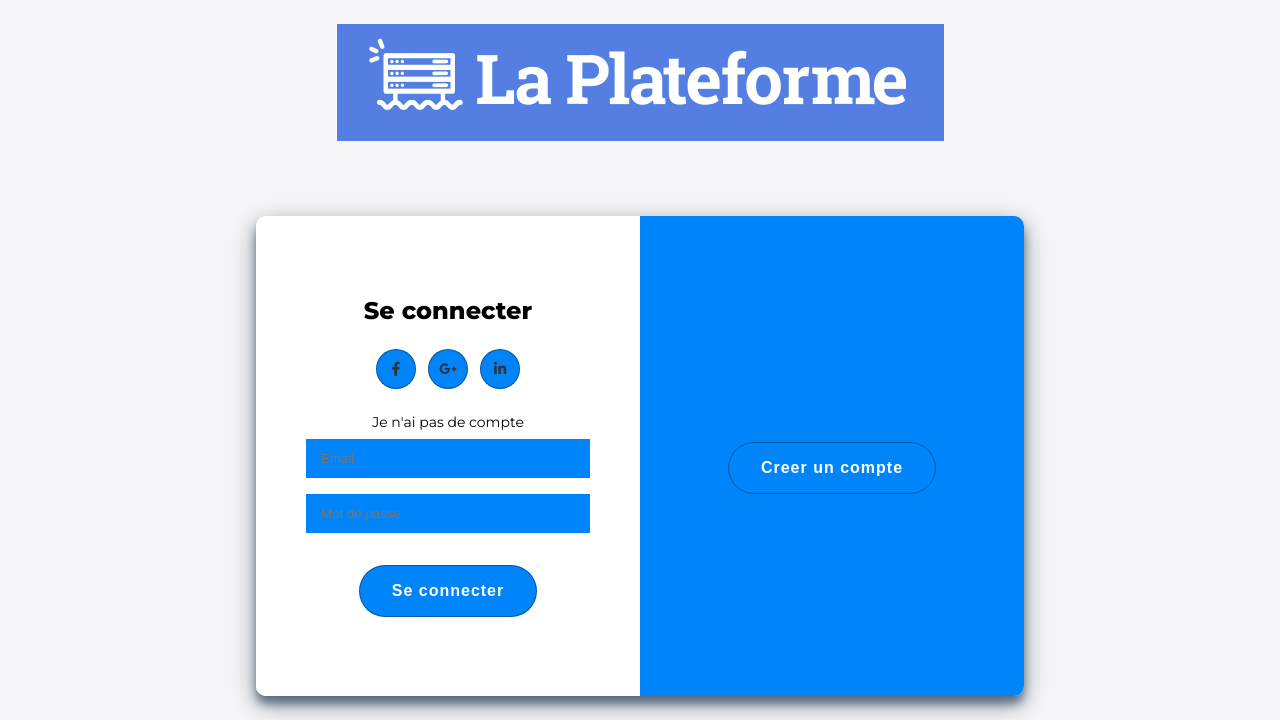
Repository: karim-sebih/runtrackJs
Page: bigjob/index.html
These files come from the project's save history. The page is drawn as it stood at one moment and after a run of saves; the edit follows.
The browser window is 1280 px wide. The pictures show the whole page.
Some web libraries are served in a nearby version.

Above is the page before, as saved 2025-03-20 11:56:11.
Console error: TypeError: Cannot read properties of null (reading 'addEventListener')

### bigjob/index.html
<!DOCTYPE html>
<html lang="fr">

<head>
	<meta charset="utf-8" />
	<title>formulaire</title>
	<link rel="stylesheet" href="./Css/index.css" />
	<link rel="stylesheet" href="https://cdnjs.cloudflare.com/ajax/libs/font-awesome/5.14.0/css/all.min.css" />
</head>

<body>
    <div class="logo" >

        <img src="/asset/logo-laplateforme-2024.png" alt="logo laplateforme">
    </div>
	<div class="container" id="container">
		<div class="form-container sign-up-container">
			<form action="#">
				<h1>Creer un compte</h1>
				<div class="social-container">
					<a href="#"><i class="fab fa-facebook-f"></i></a>
					<a href="#"><i class="fab fa-google-plus-g"></i></a>
					<a href="#"><i class="fab fa-linkedin-in"></i></a>
				</div>
				<span>Utiliser compte gmail</span>
				<input type="text" placeholder="Nom">
				<input type="email" placeholder="Email">
				<input type="password" placeholder="Mot de passe">
				<button>Creer le compte</button>
			</form>
		</div>
		<div class="form-container login-container">
			<form action="#">
				<h1>Se connecter</h1>
				<div class="social-container">
					<a href="#"><i class="fab fa-facebook-f"></i></a>
					<a href="#"><i class="fab fa-google-plus-g"></i></a>
					<a href="#"><i class="fab fa-linkedin-in"></i></a>
				</div>
				<span>Je n'ai pas de compte</span>
				<input type="email" placeholder="Email">
				<input type="password" placeholder="Mot de passe">
				<button>Se connecter</button>
			</form>
		</div>

		<div class="overlay-container">
			<div class="overlay">
				<div class="overlay-panel overlay-left">

					<button class="ghost" id="login">Se connecter</button>
				</div>
				<div class="overlay-panel overlay-right">
					<button class="ghost" id="signUp">Creer un compte</button>
				</div>
			</div>
		</div>
	</div>

	<script src="/js/script.js" charset="utf-8"></script>
</body>

</html>

### bigjob/css/index.css
@import url('https://fonts.googleapis.com/css?family=Montserrat:400,800');

* {
	box-sizing: border-box;
	margin: 0;
	padding: 0;
}

body {
	background: #f6f5f7;
	display: flex;
	justify-content: center;
	align-items: center;
	flex-direction: column;
	font-family: 'Montserrat', sans-serif;
	height: 100vh;
}

.logo {
    display: flex;
    align-content: center;
    justify-content: center;
    margin-bottom:75px ;
}


.container{
	position: relative;
	overflow: hidden;
	min-height: 480px;
	width: 768px;
	max-width: 100%;
	background-color: #fff;
	border-radius: 10px;
	box-shadow: 0 8px 24px  rgba(0, 32, 63, .45),
		  0 8px 8px rgba(0, 32, 63, .45);
}

.form-container {
	position: absolute;
	top: 0;
	height: 100%;
	transition: .6s ease-in-out;
}

.sign-up-container {
	left: 0;
	width: 50%;
	opacity: 0;
	z-index: 1;
}

.container.panel-active .sign-up-container {
	transform: translateX(100%);
	opacity: 1;
	z-index: 5;
	animation: show .6s
}

@keyframes show {
	0%, 49.99% {
		opacity: 0;
		z-index: 1;
	}

	50%, 100% {
		opacity: 1;
		z-index: 5;
	}
}

.container.panel-active .login-container {
	transform: translateX(100%);
}

.login-container {
	left: 0;
	width: 50%;
	z-index: 2;
}

form {
	background-color: #fff;
	display: flex;
	align-items: center;
	justify-content: center;
	flex-direction: column;
	padding: 0 50px;
	height: 100%;
	text-align: center;
}

input {
	background-color: #0084FA;
    color: #fff;
	border: none;
	padding: 12px 15px;
	margin: 8px 0;
	width: 100%;
}

button.ghost {
	background-color: transparent;
}

button {
	background-color: #0084FA;
	color: #fff;
	border: 1px solid #0084FA;
	font-size: 16px;
	font-weight: bold;
	padding: 16px 32px;
	margin-top: 24px;
	letter-spacing: 1px;
	border-radius: 50px;
	border-color: rgba(0, 32, 63, .45);
	transition: .2s ease-in;
}

button:hover {
	cursor: pointer;
	background-color: #fff;
	color: #0084FA;
}

button:active {
	transform: scale(.95);
}

.social-container {
	margin: 24px 0;
}

.social-container a {
	display: inline-flex;
	justify-content: center;
	align-items: center;
	margin: 0 4px;
	height: 40px;
	width: 40px;
	border-radius: 50%;
	background-color: #0084FA;
	border: 1px solid rgba(0, 32, 63, .45);
}

h1 {
	margin: 0;
	font-size: 24px;
}

span {
	font-size: 14px;
}

a {
	text-decoration: none;
	font-size: 14px;
	margin: 8px 0 16px;
	color: #333;
}

.overlay-container {
	position: absolute;
	top: 0;
	left: 50%;
	width: 50%;
	height: 100%;
	overflow: hidden;
	z-index: 100;
	transition: transform .6s ease-in-out;
}

.container.panel-active .overlay-container {
	transform: translateX(-100%);
}

.overlay {
	background: linear-gradient(to right, #0084FA, #e7f0fd);
	background: #0084FA;
	color: #00203f;
	position: relative;
	left: -100%;
	height: 100%;
	width: 200%;
	transform: translateX(0);
	transition: transform .6s ease-in-out;
}

.container.panel-active .overlay {
	transform: translateX(50%);
}

.overlay-panel {
	position: absolute;
	display: flex;
	align-items: center;
	justify-content: center;
	flex-direction: column;
	padding: 0 40px;
	text-align: center;
	top: 0;
	height: 100%;
	width: 50%;
	transform: translateX(0);
	transition: transform .6s ease-in-out;
}

.overlay-left {
	transform: translateX(-20%);
}

.container.panel-active .overlay-left {
	transform: translateX(0);
}

.overlay-right {
	right: 0;
	transform: translateX(0);
}

.container.panel-active .overlay-right {
	transform: translateX(20%);
}

p {
	font-size: 14px;
	font-weight: 100;
	line-height: 20px;
	letter-spacing: .5px;
	margin: 20px 0 30px;
}

### bigjob/js/script.js

const container = document.getElementById('container');
const loginButton = document.getElementById('connecter');
const signUpButton = document.getElementById('inscription');

signUpButton.addEventListener('click', () => {
	container.classList.add('panel-active');
})

loginButton.addEventListener('click', () => {
	container.classList.remove('panel-active');
})

After the next 4 saves:
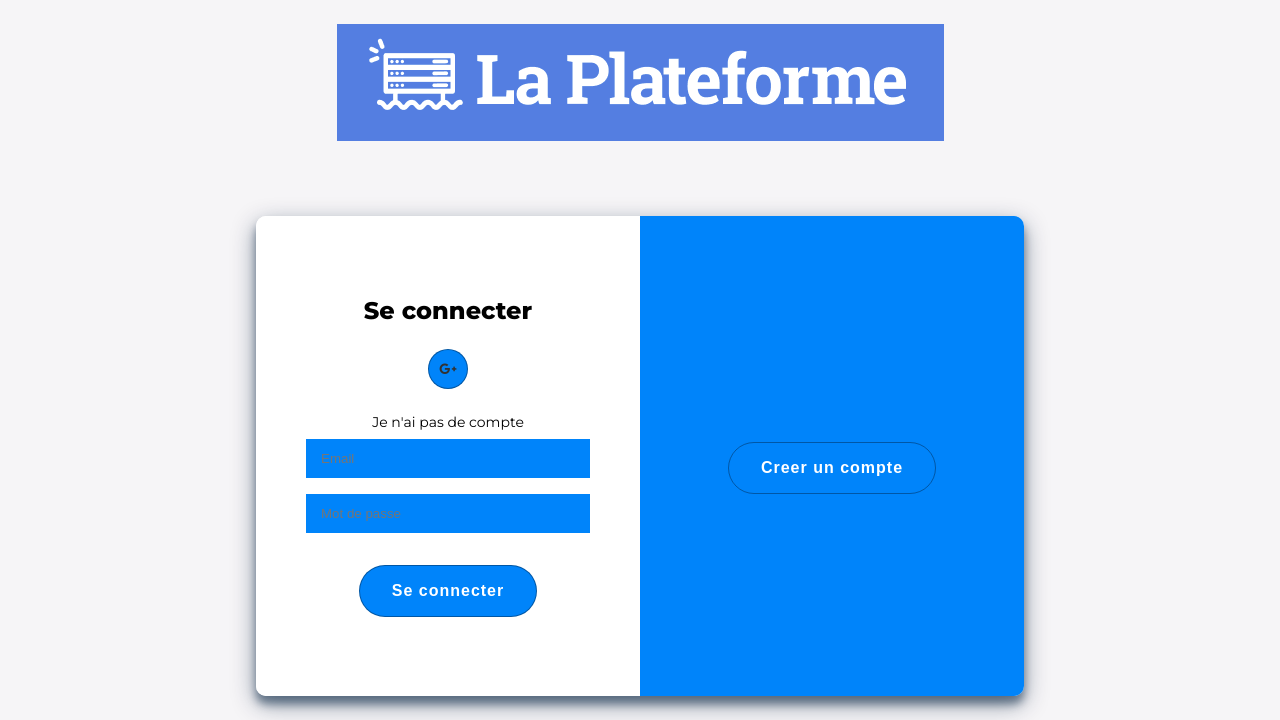
The 4 saves are shown as one change because they came seconds apart.
The last was saved 18 s later.
--- a/bigjob/index.html
+++ b/bigjob/index.html
@@ -18,9 +18,9 @@
 			<form action="#">
 				<h1>Creer un compte</h1>
 				<div class="social-container">
-					<a href="#"><i class="fab fa-facebook-f"></i></a>
+
 					<a href="#"><i class="fab fa-google-plus-g"></i></a>
-					<a href="#"><i class="fab fa-linkedin-in"></i></a>
+
 				</div>
 				<span>Utiliser compte gmail</span>
 				<input type="text" placeholder="Nom">
@@ -33,9 +33,9 @@
 			<form action="#">
 				<h1>Se connecter</h1>
 				<div class="social-container">
-					<a href="#"><i class="fab fa-facebook-f"></i></a>
+
 					<a href="#"><i class="fab fa-google-plus-g"></i></a>
-					<a href="#"><i class="fab fa-linkedin-in"></i></a>
+
 				</div>
 				<span>Je n'ai pas de compte</span>
 				<input type="email" placeholder="Email">
